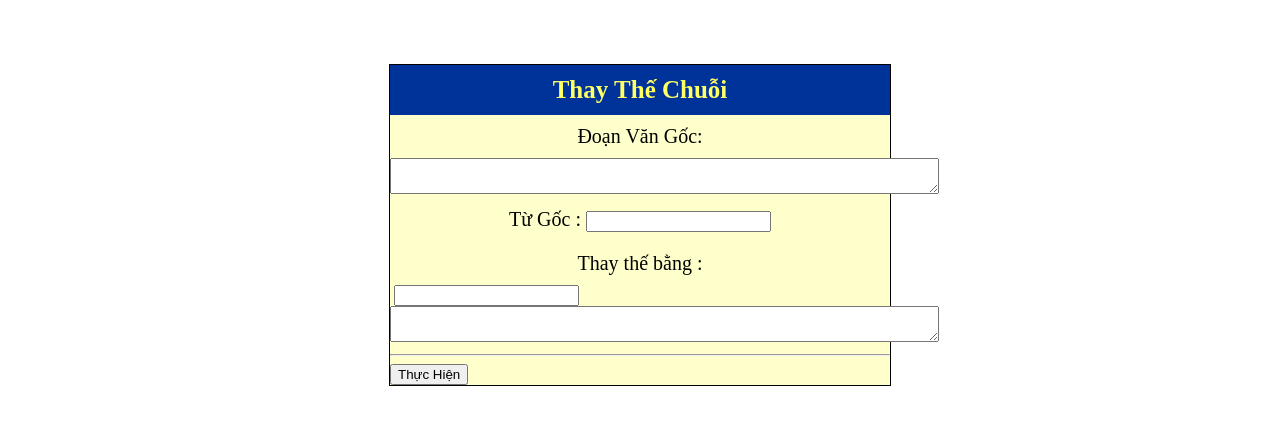
Repository: leducnam1805/jspd3
Page: http://localhost/baiTap/bai4/replace.jsp
These files come from the project's save history. The page is drawn as it stood at one moment and after the next save; the edit follows.
The browser window is 1280 px wide. The pictures show the whole page.
The page is served by Tomcat 9.

Above is the page before, as saved 2020-06-27 13:52:37.

### JspServletD3/baiTap/WebContent/bai4/replace.jsp
<%@ page language="java" contentType="text/html; charset=UTF-8"
	pageEncoding="UTF-8"%>
<!DOCTYPE html>
<html>
<head>
<meta charset="UTF-8">
<style type="text/css">
body {
	margin: 0px;
	padding: 0px;
}

p {
	margin: 0px;
	text-align: center;
}

.container {
	width: 500px;
	margin: 5% auto;
	border: 1px solid black;
}

.container-header {
	width: 100%;
	height: 50px;
	line-height: 50px;
	background-color: #003399;
}

.container-header p {
	color: #FFFF66;
	font-weight: bold;
	font-size: 25px;
}

form {
	background-color: #FFFFCC;
	width: 100%;
	margin: 0px;
}

form p {
	font-size: 20px;
	padding: 10px;
}
.label-input{}

</style>
<title>Replace Char</title>
</head>
<body>
	<div class="container">
		<div class="container-header">
			<p>Thay Thế Chuỗi</p>
		</div>
		<form action="" method="post">
			<p>Đoạn Văn Gốc:</p>
			<textarea rows="2" cols="66"></textarea>
			<div class="label-input">
				<label> <p>Từ Gốc :&nbsp;<input type="text" /></p></label> <label>
					<p>Thay thế bằng :</p>&nbsp;<input type="text" />
				</label>
			</div>
			<textarea rows="2" cols="66"></textarea>
			<hr>
			<input type="submit" value="Thực Hiện" />
		</form>
		<p></p>
	</div>
</body>
</html>

After the next save:
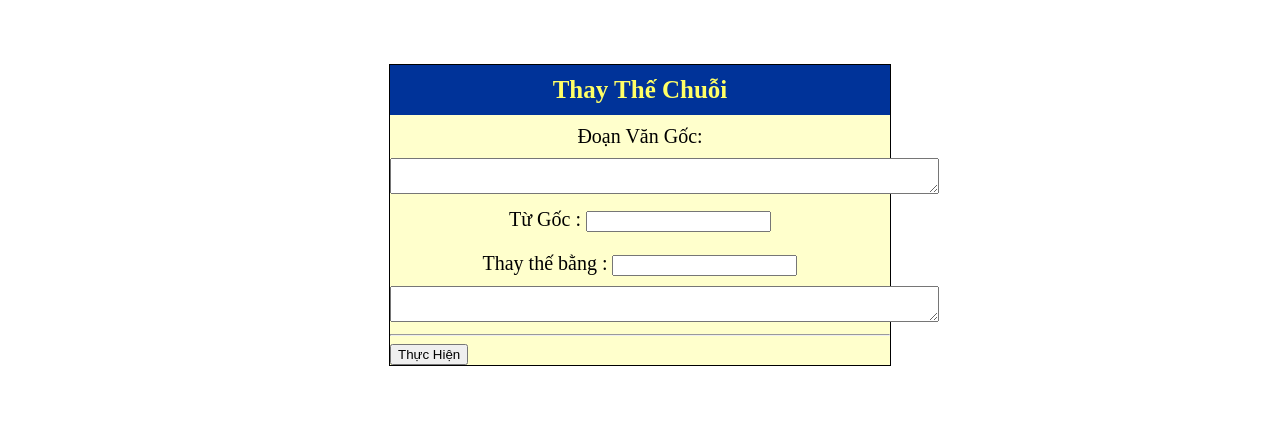
Saved 14 s later.
--- a/JspServletD3/baiTap/WebContent/bai4/replace.jsp
+++ b/JspServletD3/baiTap/WebContent/bai4/replace.jsp
@@ -59,7 +59,7 @@ form p {
 			<textarea rows="2" cols="66"></textarea>
 			<div class="label-input">
 				<label> <p>Từ Gốc :&nbsp;<input type="text" /></p></label> <label>
-					<p>Thay thế bằng :</p>&nbsp;<input type="text" />
+					<p>Thay thế bằng :&nbsp;<input type="text" /></p>
 				</label>
 			</div>
 			<textarea rows="2" cols="66"></textarea>
